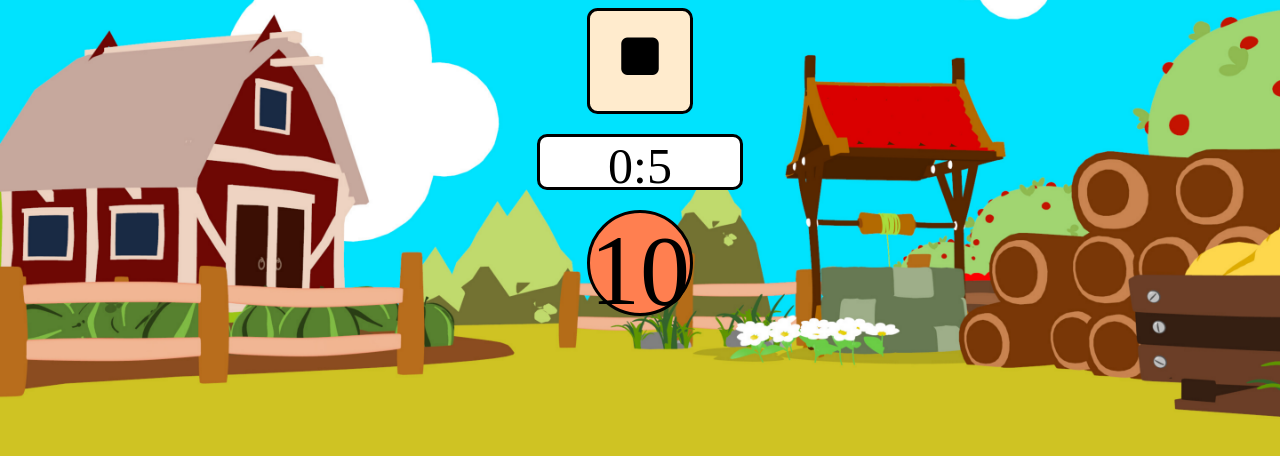
Repository: rumor1993/DreamCoding-Browser101
Page: Chapter07/index.html
The author's editor kept a copy of each file at every save. The page is drawn from the files as they stood at one save, then again after a run of saves.
The browser window is 1280 px wide. The pictures show the whole page.
Some web libraries are served in a nearby version.

Above is the page before, as saved 2021-01-01 13:46:12.

After the next 2 saves:
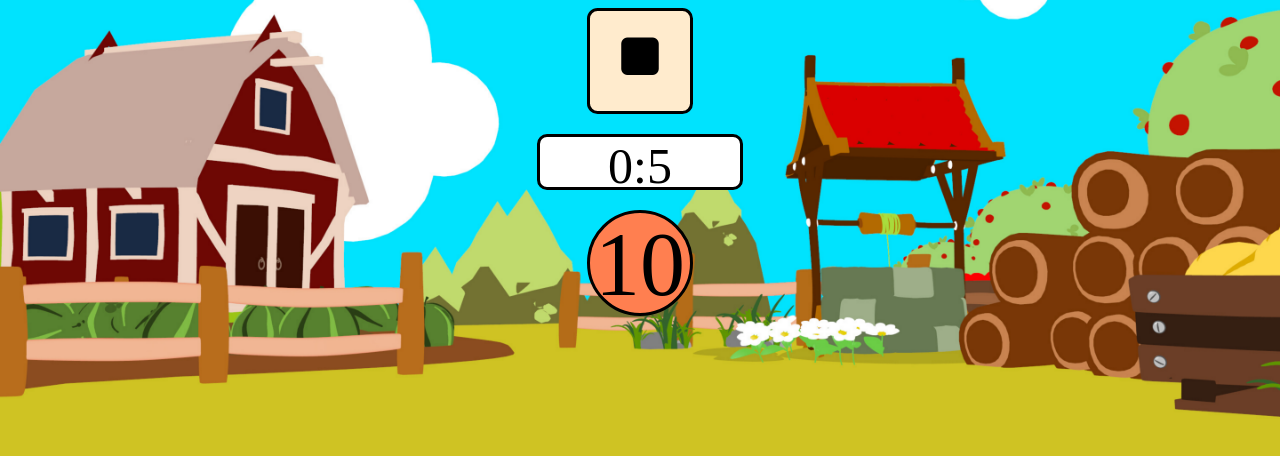
The 2 saves are shown as one change because they came seconds apart.
The last was saved 7 s later.
--- a/Chapter07/index.html
+++ b/Chapter07/index.html
@@ -48,7 +48,7 @@
 
       .count {
         text-align: center;
-        font-size: 100px;
+        font-size: 90px;
       }
 
       .time {
